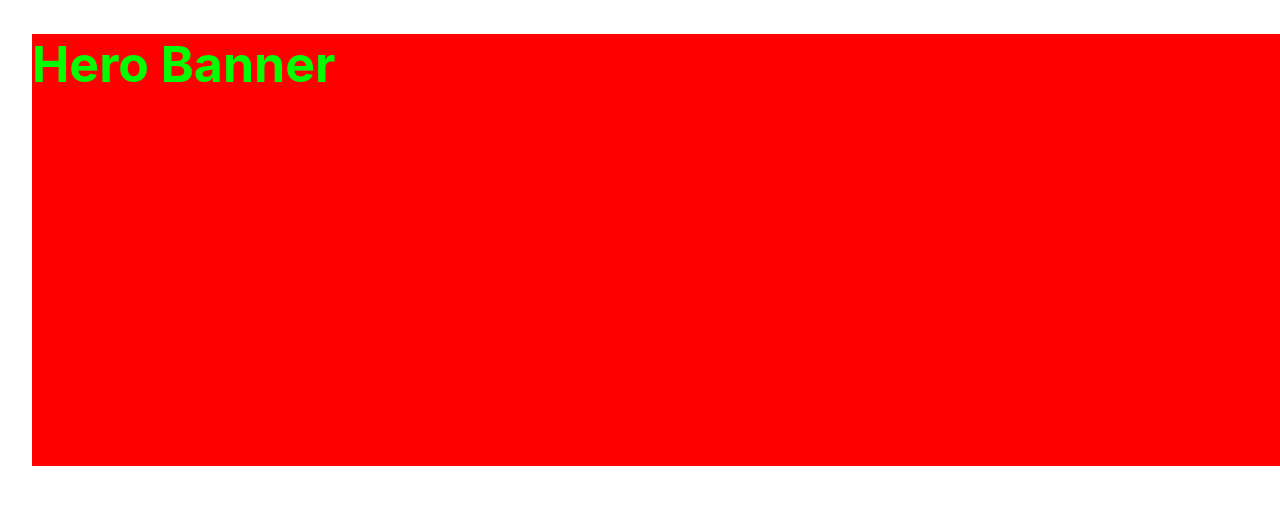
Repository: Coralee-Long/react-bits
Page: /
The author's editor kept a copy of each file at every save. The page is drawn from the files as they stood at one save, then again after a run of saves.
The browser window is 1280 px wide. The pictures show the whole page.
The project was rebuilt for these pictures with package versions that can differ from the ones it lists, and the page was loaded fresh each time. Also part of the build but not shown: src/pages/ContactPage.js, src/App.css.

Above is the page before, as saved 2023-12-12 15:24:11.

### src/index.css
html,
body {
  font-family: -apple-system, BlinkMacSystemFont, 'Segoe UI', 'Roboto', 'Oxygen',
    'Ubuntu', 'Cantarell', 'Fira Sans', 'Droid Sans', 'Helvetica Neue',
    sans-serif;
  -webkit-font-smoothing: antialiased;
  -moz-osx-font-smoothing: grayscale;
  height: 100%;
  width: 100%;
  margin: 0;
  padding: 0;
  overflow-x: hidden; /* Prevents horizontal scroll */
}

#root {
  height: 100%;
}

### src/App.js
import { BrowserRouter as Router } from 'react-router-dom';
import AppRoutes from './routes/AppRoutes';
import './App.css';

const App = () => {
  return (
    <Router>
      <AppRoutes />
    </Router>
  );
};

export default App;

### src/routes/AppRoutes.js
import { Routes, Route } from 'react-router-dom';
import HomePage from '../pages/HomePage.js';
import ContactPage from '../pages/ContactPage';

const AppRoutes = () => {
  return (
    <Routes>
      <Route path="/" element={<HomePage />} />
      <Route path="/contact" element={<ContactPage />} />
    </Routes>
  );
};
export default AppRoutes;

### src/pages/HomePage.js
import Floor from '../layout/Floors/Floor';

const HomePage = () => {
  return (
    <div>
      <Floor />
    </div>
  );
};
export default HomePage;

### src/layout/Floors/Floor.js
import styles from './Floor.module.css';
import HeroBanner from '../../components/HeroBannerParallax/HeroBanner';

const { floor: floor, 'floor-container': floorContainer } = styles;
const Floor = () => {
  return (
    <div className={floor}>
      <div className={floorContainer}>
        <HeroBanner />
      </div>
    </div>
  );
};
export default Floor;

### src/layout/Floors/Floor.module.css
.floor {
  width: 100vw; /* 100% of the viewport width */
  height: 100vh; /* 100% of the viewport height */
  background-color: white; /* Set background color to black */

  /* Additional styles, if necessary */
  display: flex;
  justify-content: center;
  align-items: center;
}

.floor-container {
  height: 100%;
  width: 100%;

  h1 {
    font-size: 50px;
    color: lime;
  }
}

### src/components/HeroBannerParallax/HeroBanner.js
import styles from './HeroBanner.module.css';

const { 'banner-container': bannerContainer } = styles;
const HeroBanner = () => {
  return (
    <div className={bannerContainer}>
      <h1>Hero Banner</h1>
    </div>
  );
};
export default HeroBanner;

### src/components/HeroBannerParallax/HeroBanner.module.css
.banner-container {
  width: 100%;
  height: 60vh;
  margin: 2rem;
  background-color: red;
}

Loaded but not shown: public/index.html (common file); src/index.js (common file); src/reportWebVitals.js (common file)

After the next 4 saves:
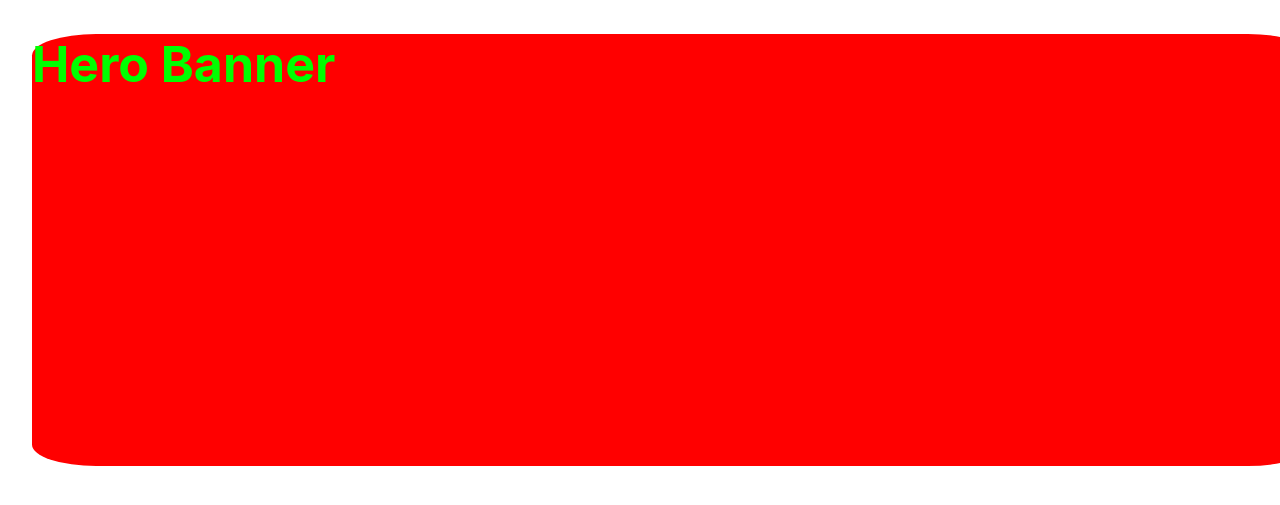
The 4 saves are shown as one change because they came seconds apart.
The last was saved 13 s later.
--- a/src/components/HeroBannerParallax/HeroBanner.module.css
+++ b/src/components/HeroBannerParallax/HeroBanner.module.css
@@ -3,4 +3,5 @@
   height: 60vh;
   margin: 2rem;
   background-color: red;
+  border-radius: 5%;
 }
